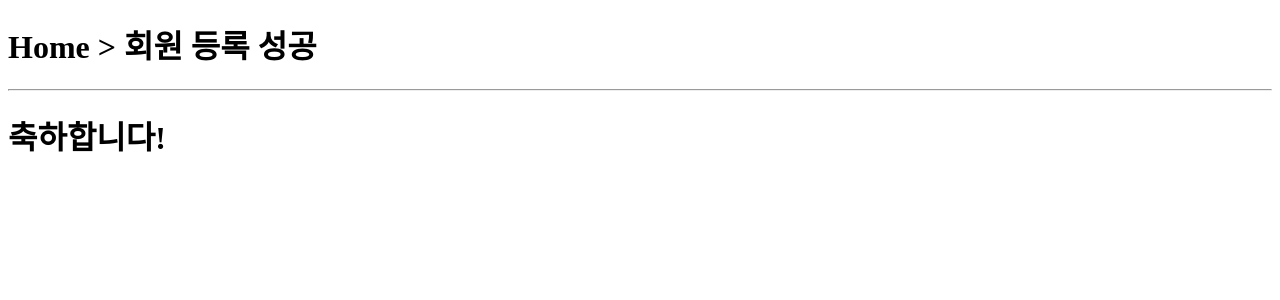
Repository: jodawoon/JSP
Page: http://localhost/jsp/signupSuccess.jsp
These files come from the project's save history. The page is drawn as it stood at one moment and after the next save; the edit follows.
The browser window is 1280 px wide. The pictures show the whole page.
The page is served by Tomcat 9.

Above is the page before, as saved 2022-12-05 00:38:05.

### jsp/WebContent/signupSuccess.jsp
<%@ page language="java" contentType="text/html; charset=UTF-8"
    pageEncoding="UTF-8"%>
<!DOCTYPE html>
<html>
<head>
<meta charset="UTF-8">
<title>가입성공화면</title>
</head>
<body>
	<h1>Home > 회원 등록 성공</h1>
	<hr>

	<h1>축하합니다!<br>
	</h1>
</body>
</html>

After the next save:
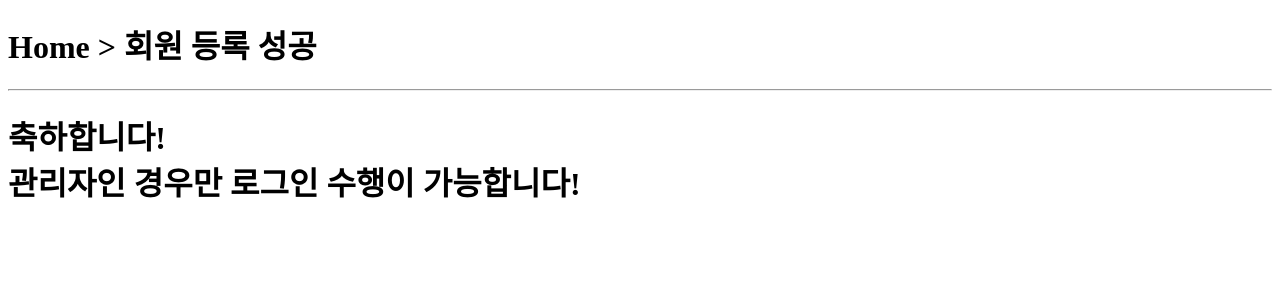
Saved 14 s later.
--- a/jsp/WebContent/signupSuccess.jsp
+++ b/jsp/WebContent/signupSuccess.jsp
@@ -10,7 +10,9 @@
 	<h1>Home > 회원 등록 성공</h1>
 	<hr>
 
-	<h1>축하합니다!<br>
+	<h1>
+	축하합니다!<br>
+	관리자인 경우만 로그인 수행이 가능합니다!
 	</h1>
 </body>
 </html>
